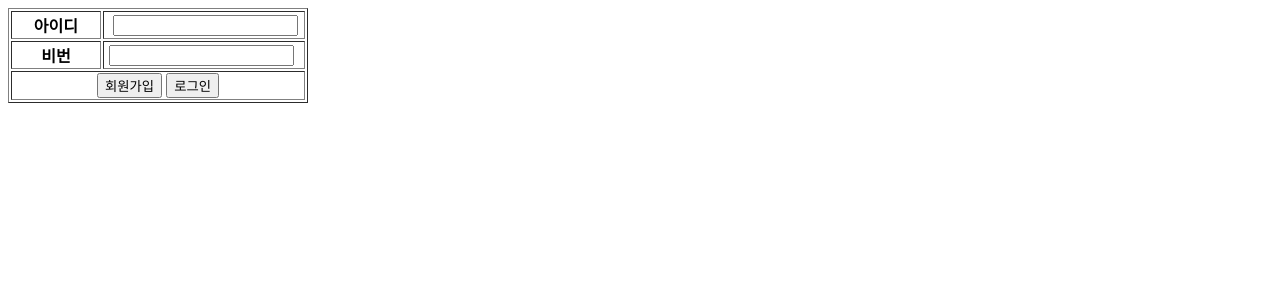
Repository: jinhanP/JSPtest
Page: http://localhost/jsptest/Login
An editor plug-in stored every save of this project. The page is shown before and after the next save, followed by the edit.
The browser window is 1280 px wide. The pictures show the whole page.
The page is served by Tomcat 10.

Above is the page before, as saved 2023-12-01 08:56:26.

After the next save:
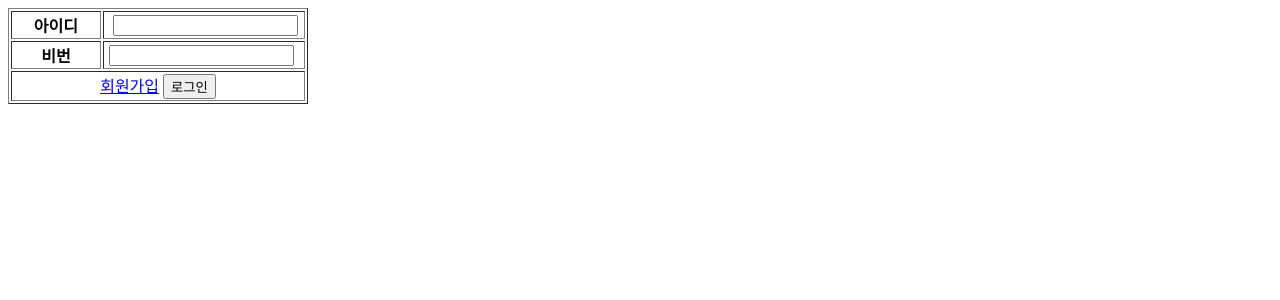
Saved 73 s later.
--- a/jsptest/src/main/java/login/Login.java
+++ b/jsptest/src/main/java/login/Login.java
@@ -55,7 +55,7 @@ public class Login extends HttpServlet {
 				 out.println("</tr>");
 				 out.println("<tr>");
 				 out.println("<td align='center' colspan='2'>");
-				 out.println("<input type='button' value='회원가입'<a href='memberjoin'></a>");
+				 out.println("<a href='memberjoin'>회원가입</a>");
 				 out.println("<input type='submit' value='로그인'>");
 				 out.println("</td>");
 				 out.println("</tr>");
